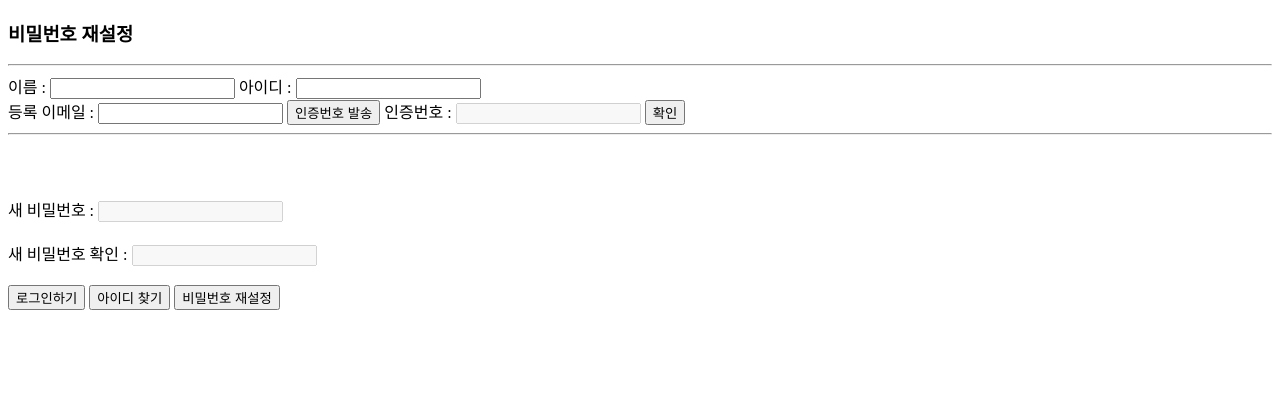
Repository: ssookkii/BusyBee
Page: http://localhost/BusyBee/WEB-INF/views/noTiles/newPassword.jsp
The author's editor kept a copy of each file at every save. The page is drawn from the files as they stood at one save, then again after the next save.
The browser window is 1280 px wide. The pictures show the whole page.
The page is served by Tomcat 9. Nobody is signed in. The template is opened directly, without the code that normally fills it, so the values that code supplies are empty.

Above is the page before, as saved 2023-03-18 07:59:55.

After the next save:
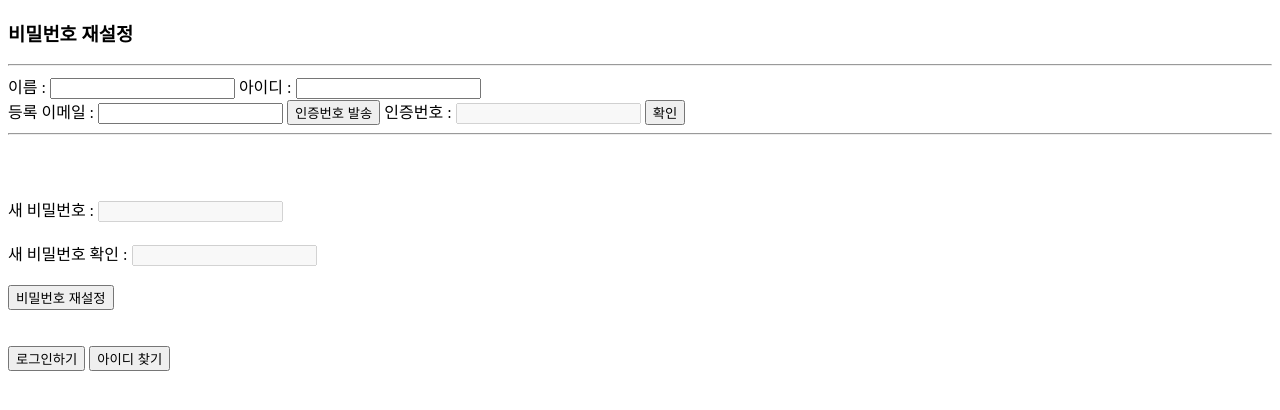
Saved 16 s later.
--- a/BusyBee/src/main/webapp/WEB-INF/views/noTiles/newPassword.jsp
+++ b/BusyBee/src/main/webapp/WEB-INF/views/noTiles/newPassword.jsp
@@ -24,9 +24,13 @@
 <h3 id='pwdCheck1'></h3>
 새 비밀번호 확인 : <input type='password' id='pwd2' disabled="disabled">
 <h3 id='pwdCheck2'></h3>
+<button type="button" >비밀번호 재설정</button>
+
+<br><br>
+<br>
 <button type="button" onclick="location.href='loginMain.do'">로그인하기</button>
 <button type="button" onclick="location.href='findId.do'">아이디 찾기</button>
-<button type="button" onclick="location.href='newPassword.do'">비밀번호 재설정</button>
+
 
 <table>
 	<tbody id="tBody">
